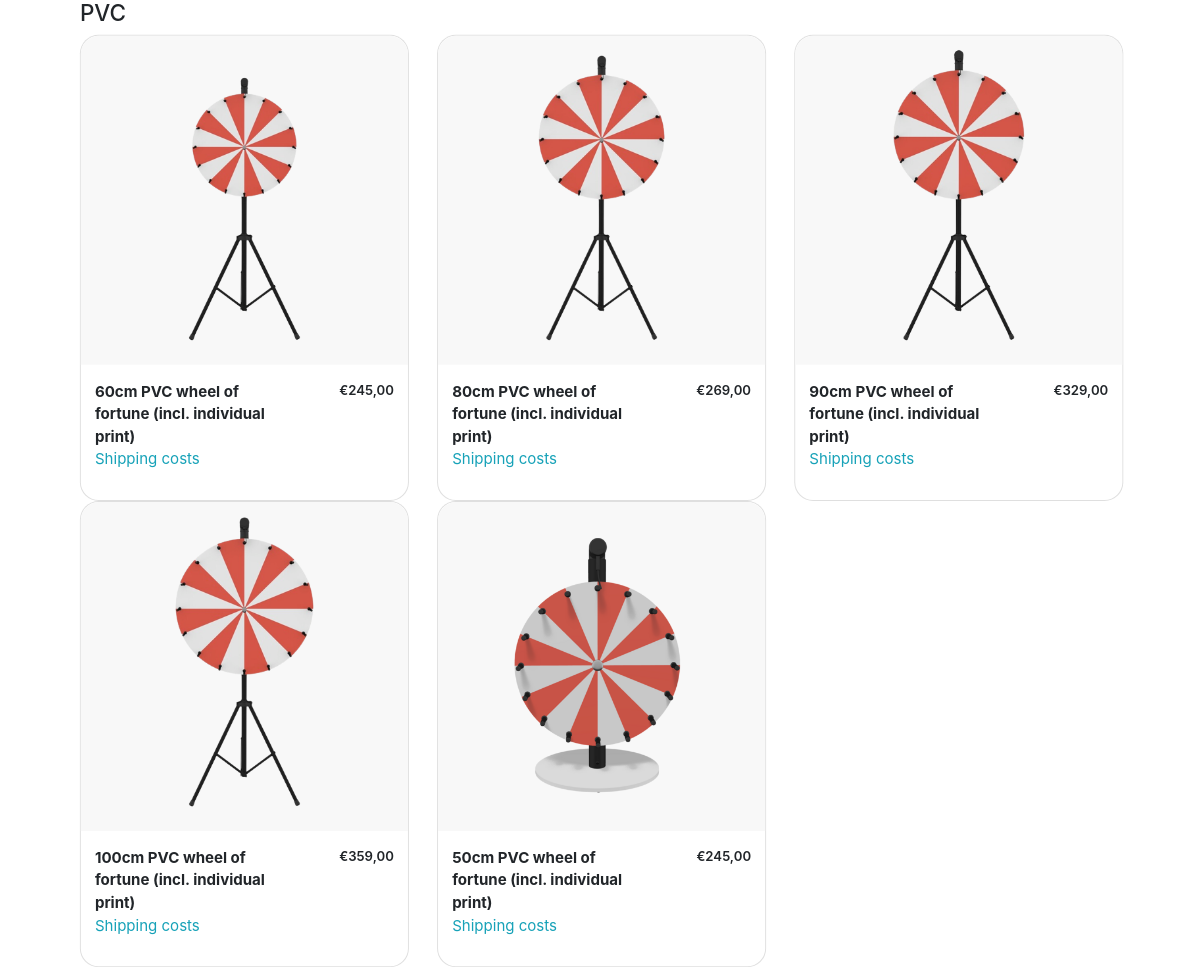
Repository: Awaisp-irfan/fahad-project
Page: pvc.html
The author's editor kept a copy of each file at every save. The page is drawn from the files as they stood at one save, then again after the next save.
The browser window is 1280 px wide. The pictures show the whole page, at 94% of full size.

Above is the page before, as saved 2022-06-30 09:33:23.

After the next save:
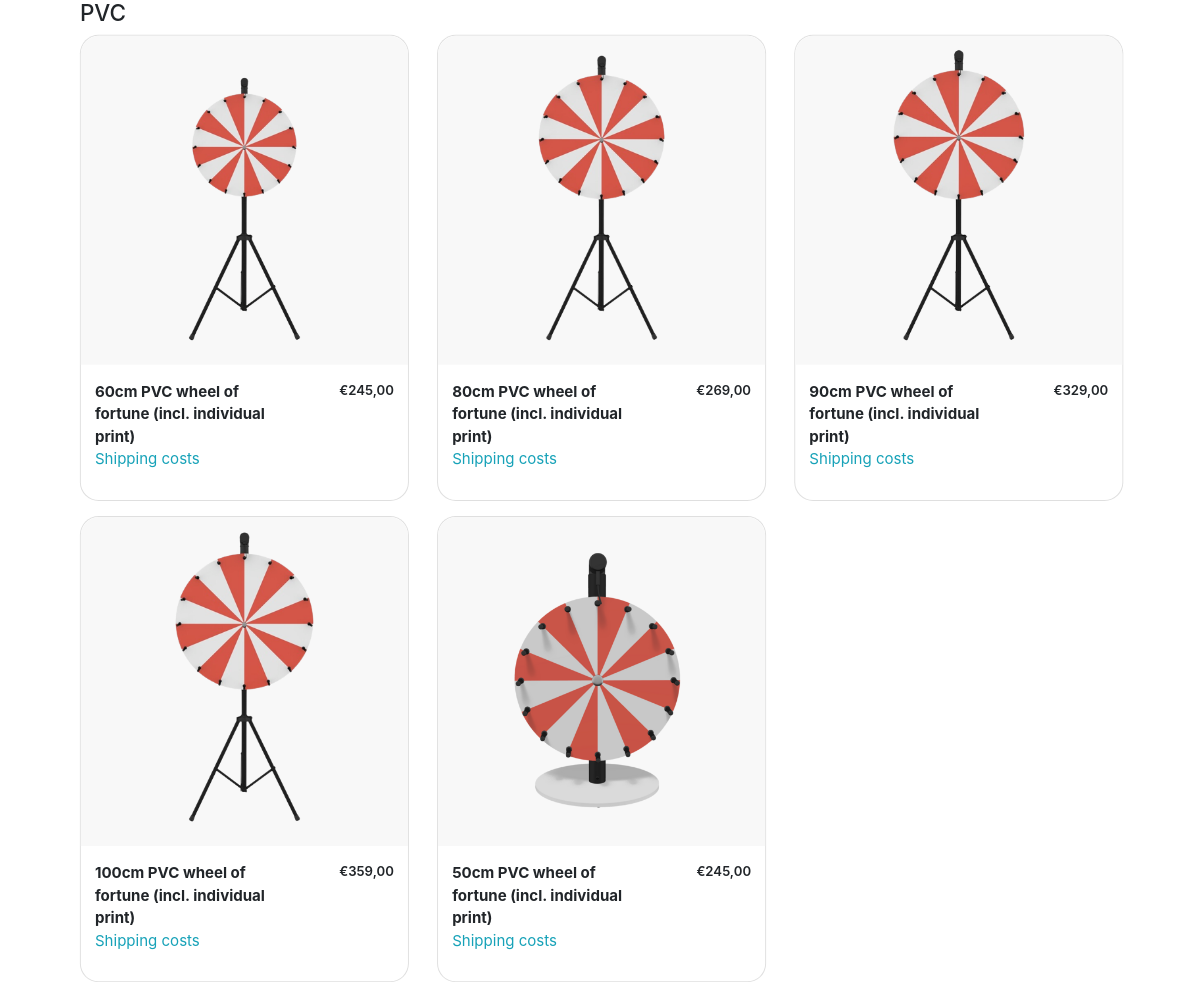
Saved 43 s later.
--- a/pvc.html
+++ b/pvc.html
@@ -23,7 +23,7 @@
       </div>
 
       <div class="row">
-        <div class="col-lg-4 col-md-6 col-12">
+        <div class="col-lg-4 col-md-6 col-12 mb-3">
           <div class="card">
             <div class="img-div">
               <div class="cm60-img"></div>
